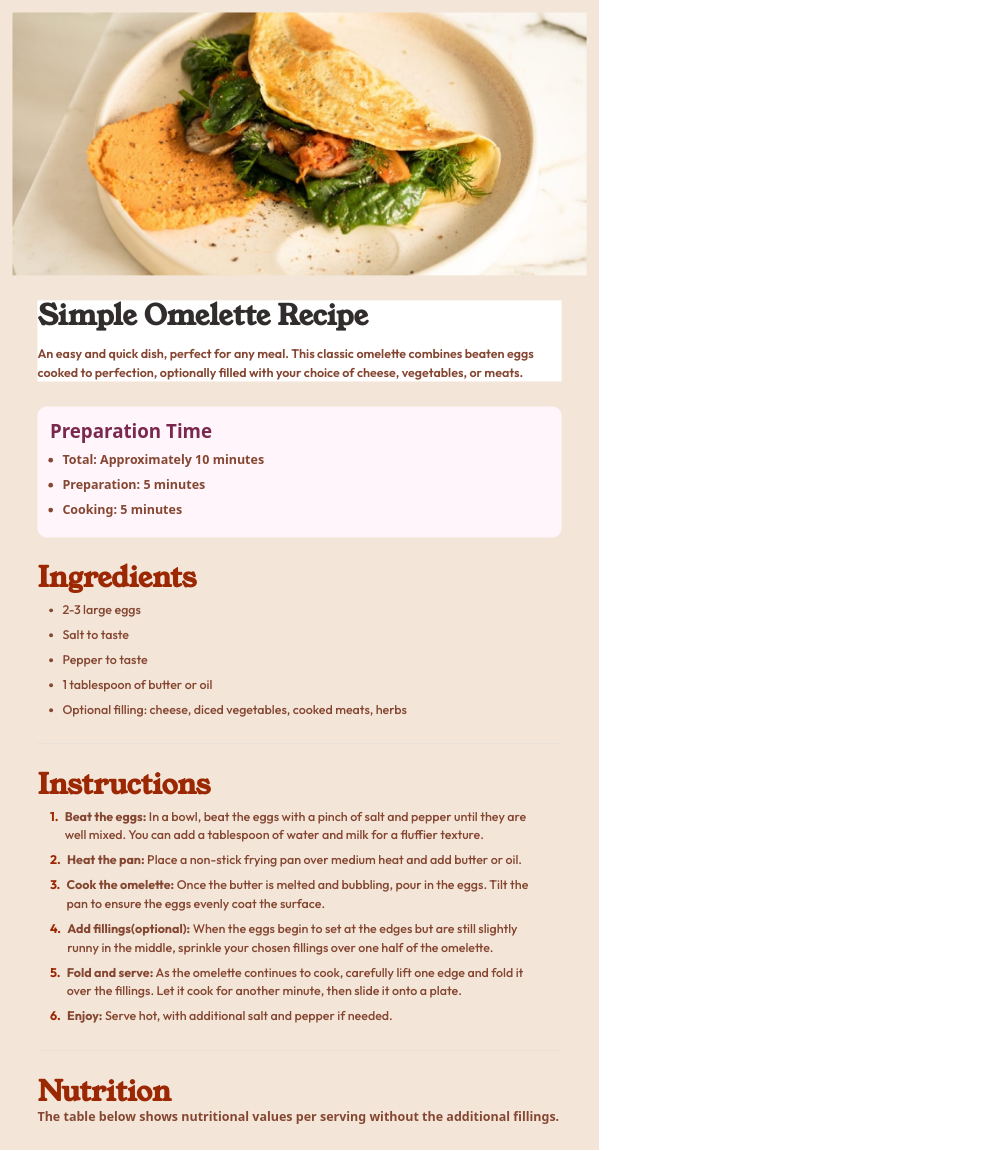
Repository: nivrii/recipe-page-main
Page: /
The author's editor kept a copy of each file at every save. The page is drawn from the files as they stood at one save, then again after the next save.
The browser window is 1280 px wide. The pictures show the whole page, at 78% of full size.
The project was rebuilt for these pictures with package versions that can differ from the ones it lists, and the page was loaded fresh each time. Also part of the build but not shown: vite.config.js, src/index.css.

Above is the page before, as saved 2024-03-23 16:46:37.

### src/App.jsx
import "./App.css";
import omelette from "./assets/images/image-omelette.jpeg";

function App() {
  return (
    <div className="container flex flex-col md:p-4 md:bg-eggshell w-screen min-h-max">
      <div>
        <img src={omelette} alt="omelette" className="w-screen md:w-auto" />
      </div>
      <div className="bg-white m-8">
        <h1 className="text-left text-darkCharcoal text-4xl font-bold font-young">
          Simple Omelette Recipe
        </h1>
        <p className="text-left font-outfit text-nutmeg mt-4 font-semibold">
          An easy and quick dish, perfect for any meal. This classic omelette
          combines beaten eggs cooked to perfection, optionally filled with your
          choice of cheese, vegetables, or meats.
        </p>
      </div>
      <div className="bg-roseWhite p-4 mx-8 rounded-xl">
        <h1 className="text-left text-darkRaspberry text-2xl font-bold">
          Preparation Time
        </h1>
        <ul className="list-disc px-4 text-nutmeg">
          <li className=" font-semibold my-2">
            <span className="font-extrabold">Total:</span> Approximately 10
            minutes
          </li>
          <li className=" font-semibold my-2">
            <span className="font-extrabold">Preparation:</span> 5 minutes
          </li>
          <li className=" font-semibold my-2">
            <span className="font-extrabold">Cooking:</span> 5 minutes
          </li>
        </ul>
      </div>
      <div className="divide-y divide-lightGrey mx-4">
        <div className="m-4">
          <h1 className="text-left text-nutmegLight text-4xl font-bold font-young mt-8">
            Ingredients
          </h1>
          <ul className="list-disc px-4 font-outfit mt-2 mb-8 mx-4 text-nutmeg font-medium space-y-2">
            <li>2-3 large eggs</li>
            <li>Salt to taste</li>
            <li>Pepper to taste</li>
            <li>1 tablespoon of butter or oil</li>
            <li>
              Optional filling: cheese, diced vegetables, cooked meats, herbs
            </li>
          </ul>
        </div>
        <div className="m-4">
          <h1 className="text-left text-nutmegLight text-4xl font-bold font-young mt-8">
            Instructions
          </h1>
          <ul className="font-outfit mt-2 mb-8 mx-4 text-nutmeg font-medium space-y-2">
            <li className="flex flex-row space-x-2">
              <div className="text-nutmegLight font-bold">1.</div>
              <div className="">
                <span className="font-bold"> Beat the eggs:</span> In a bowl,
                beat the eggs with a pinch of salt and pepper until they are
                well mixed. You can add a tablespoon of water and milk for a
                fluffier texture.
              </div>
            </li>
            <li className="flex flex-row space-x-2">
              <div className="text-nutmegLight font-bold ">2.</div>
              <div className="">
                <span className="font-bold"> Heat the pan:</span> Place a
                non-stick frying pan over medium heat and add butter or oil.
              </div>
            </li>
            <li className="flex flex-row space-x-2">
              <div className="text-nutmegLight font-bold">3.</div>
              <div className="">
                <span className="font-bold"> Cook the omelette:</span> Once the
                butter is melted and bubbling, pour in the eggs. Tilt the pan to
                ensure the eggs evenly coat the surface.
              </div>
            </li>
            <li className="flex flex-row space-x-2">
              <div className="text-nutmegLight font-bold">4.</div>
              <div className="">
                <span className="font-bold"> Add fillings(optional):</span> When
                the eggs begin to set at the edges but are still slightly runny
                in the middle, sprinkle your chosen fillings over one half of
                the omelette.
              </div>
            </li>
            <li className="flex flex-row space-x-2">
              <div className="text-nutmegLight font-bold">5.</div>
              <div className="">
                <span className="font-bold"> Fold and serve:</span> As the
                omelette continues to cook, carefully lift one edge and fold it
                over the fillings. Let it cook for another minute, then slide it
                onto a plate.
              </div>
            </li>
            <li className="flex flex-row space-x-2">
              <div className="text-nutmegLight font-bold">6.</div>
              <div className="">
                <span className="font-bold"> Enjoy:</span> Serve hot, with
                additional salt and pepper if needed.
              </div>
            </li>
          </ul>
        </div>
        <div className="m-4">
        <h1 className="text-left text-nutmegLight text-4xl font-bold font-young mt-8">
            Nutrition
          </h1>
          <p className="text-nutmeg font-semibold text-outfit">The table below shows nutritional values per serving without the additional fillings.</p>
        </div>
      </div>
    </div>
  );
}

export default App;

### src/App.css
@import url("https://fonts.googleapis.com/css2?family=Young+Serif&display=swap");

@import url("https://fonts.googleapis.com/css2?family=Outfit:wght@100..900&display=swap");

@import "tailwindcss/base";
@import "tailwindcss/components";
@import "tailwindcss/utilities";

### tailwind.config.js
/** @type {import('tailwindcss').Config} */
export default {
  content: ["./index.html", "./src/**/*.{js,ts,jsx,tsx}"],
  theme: {
    screens: {
      'sm': '375px',
      'md': '768px',
      'lg': '1440px',
      'xl': '1920px',
    },
    extend: {
      fontFamily: {
        outfit: ["Outfit", "sans-serif"],
        young: ["Young Serif", "serif"],
      },
      colors: {
        roseWhite: "hsl(330, 100%, 98%)",
        white: "hsl(0, 0%, 100%)",
        eggshell: "hsl(30, 54%, 90%)",
        lightGrey: "hsl(30, 18%, 87%)",
        wengeBrown: "hsl(30, 10%, 34%)",
        darkCharcoal: "hsl(24, 5%, 18%)",
        nutmeg: "hsl(14, 45%, 36%)",
        nutmegLight: "hsl(14, 96%, 31%)",
        darkRaspberry: "hsl(332, 51%, 32%)",
      },
    },
  },
  plugins: [],
};

Loaded but not shown: index.html (common file); src/main.jsx (common file)

After the next save:
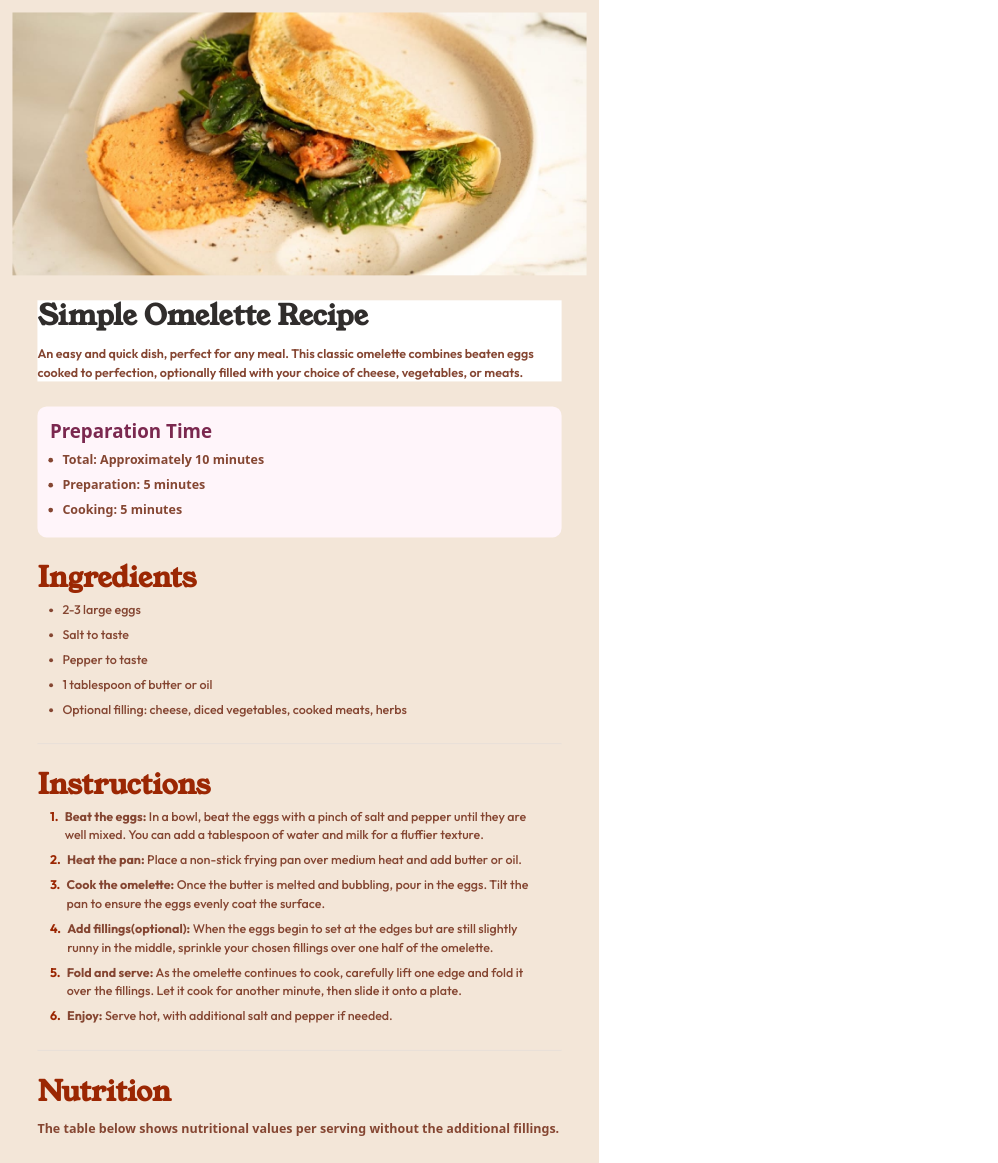
Saved 19 s later.
--- a/src/App.jsx
+++ b/src/App.jsx
@@ -106,7 +106,7 @@ function App() {
           </ul>
         </div>
         <div className="m-4">
-        <h1 className="text-left text-nutmegLight text-4xl font-bold font-young mt-8">
+        <h1 className="text-left text-nutmegLight text-4xl font-bold font-young mt-8 mb-4">
             Nutrition
           </h1>
           <p className="text-nutmeg font-semibold text-outfit">The table below shows nutritional values per serving without the additional fillings.</p>
